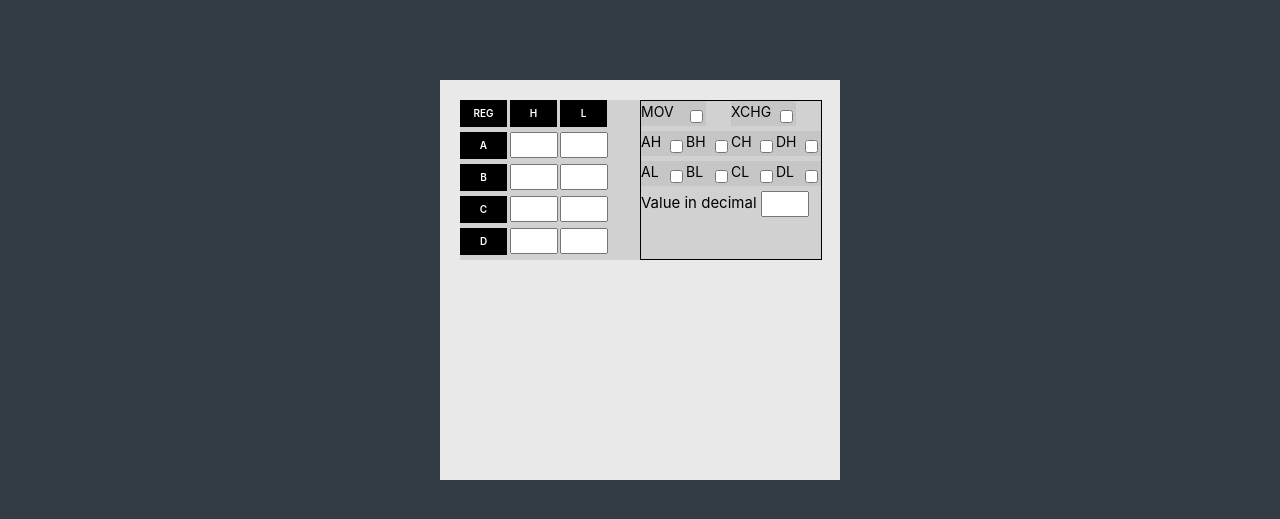
Repository: piookr-wsei/8086
Page: /
These files come from the project's save history. The page is drawn as it stood at one moment and after the next save; the edit follows.
The browser window is 1280 px wide. The pictures show the whole page.
The project was rebuilt for these pictures with package versions that can differ from the ones it lists, and the page was loaded fresh each time.

Above is the page before, as saved 2022-06-18 21:40:30.

### src/App.js
import React from 'react';
import { useState } from 'react';
import './App.css';
import { RegDesc, RegInput, RegWrapper, UiWindow, UiWrapper, SettingsWrapper, Labels, CheckWrapper, OpBox, LineWrap, NumDesc, RegChWrapper } from './Components/Components.elements';


function App() {

  const xchg="xchg";
  const mov="mov"

  const [movChecked, setMovChecked] = useState(false);

  const [xchgChecked, setXchgChecked] = useState(false);

  const [opChosen,setOpChosen] = useState(null)

  function HandleCheck(name){
    if(name=="mov"){
      setMovChecked(!movChecked)
      setXchgChecked(false)
    }
    else if(name=="xchg"){
      setXchgChecked(!xchgChecked)
      setMovChecked(false)

    }
    setOpChosen(name)
  }

function OpChange(){
  return(
    <>
    <Labels>
      <CheckWrapper>
        MOV
        <OpBox type="checkbox"  checked={movChecked} onClick={() => HandleCheck(mov)} id="MOV"/>
      </CheckWrapper>
      <CheckWrapper style={{position:"relative", left:"10px"}}>
        XCHG
        <OpBox type="checkbox" checked={xchgChecked} onChange={() => HandleCheck(xchg)} id="XCHG" name="XCHG"/>
      </CheckWrapper>
    </Labels>
    </>
    )
  }







  return (
    <div className="App">
      <UiWindow>
        <UiWrapper>
          <RegWrapper>
            <RegDesc textContent={"REG"}/>  <RegDesc textContent={"H"}/>  <RegDesc textContent={"L"}/>

            <RegDesc textContent={"A"}/>  <RegInput maxLength={2}/> <RegInput maxLength={2}/>
            <RegDesc textContent={"B"}/>  <RegInput maxLength={2}/> <RegInput maxLength={2}/>
            <RegDesc textContent={"C"} />  <RegInput maxLength={2}/> <RegInput maxLength={2}/>
            <RegDesc textContent={"D"}/>  <RegInput maxLength={2}/> <RegInput maxLength={2}/>
          </RegWrapper>

          <SettingsWrapper>

              <OpChange/>

              <RegChWrapper>
                <CheckWrapper>
                  AH<OpBox type="checkbox"/>
                </CheckWrapper>
                <CheckWrapper>
                  BH<OpBox type="checkbox"/>
                </CheckWrapper>
                <CheckWrapper>
                  CH<OpBox type="checkbox"/>
                </CheckWrapper>
                <CheckWrapper>
                  DH<OpBox type="checkbox"/>
                </CheckWrapper>
                <CheckWrapper>
                  AL<OpBox type="checkbox"/>
                </CheckWrapper>
                <CheckWrapper>
                  BL<OpBox type="checkbox"/>
                </CheckWrapper>
                <CheckWrapper>
                  CL<OpBox type="checkbox"/>
                </CheckWrapper>
                <CheckWrapper>
                  DL<OpBox type="checkbox"/>
                </CheckWrapper>
              </RegChWrapper>

              <LineWrap>
              <NumDesc textContent={"Value in decimal"}/>  <RegInput maxLength={3} style={{width:"40px"}}/>
              </LineWrap>
          </SettingsWrapper>



        </UiWrapper>
      </UiWindow>

    </div>
  );
}

export default App;

### src/App.css
body{
  height: 100%;
  background: rgba(1, 10, 22, 0.8);
}
.App {

}

.App-logo {
  height: 40vmin;
  pointer-events: none;
}

@media (prefers-reduced-motion: no-preference) {
  .App-logo {
    animation: App-logo-spin infinite 20s linear;
  }
}

.App-header {
  background-color: #282c34;
  min-height: 100vh;
  display: flex;
  flex-direction: column;
  align-items: center;
  justify-content: center;
  font-size: calc(10px + 2vmin);
  color: white;
}

.App-link {
  color: #61dafb;
}

@keyframes App-logo-spin {
  from {
    transform: rotate(0deg);
  }
  to {
    transform: rotate(360deg);
  }
}

### src/Components/Components.elements.js
import styled from "styled-components";

export const UiWindow = styled.div`
    height: 400px;
    width: 400px;
    background: rgb(233,233,233);
    position: relative;
    margin: auto;
    top: 80px;
`

export const UiWrapper = styled.div`
    border: 20px solid transparent;
    display: grid;
    grid-template-columns: 1fr 1fr;
`

export const RegWrapper = styled.div`
    width: 180px;
    background: rgba(0,0,0,0.1);
    position: relative;
    left: 0;
    display: grid;
    grid-template-columns: 50px 50px 50px;
`

export const RegInput = styled.input`
    height: 20px;
    width: 40px;
    margin-bottom:5px;
    text-align: center;
`

export const SettingsWrapper = styled.div`
    width: 180px;
    background: rgba(0,0,0,0.1);
    position: relative;
    right: 0;
    display: grid;
    grid-template-columns: 180px;
    border: solid 1px black;
    font-size: 14px;
    line-height: 22px;
    grid-template-rows: 30px 60px repeat(auto-fit, 30px);

`

export const RegDescSC = styled.div`
    height: 27px;
    width: 47px;
    background: black;
    margin-bottom:5px;
    color: white;
    font-weight: 600;
`

export const DescText = styled.p`
    font-size: 10px;
    text-align: center;
    position: relative;
    top: -3px;
`

export function RegDesc(props){
    return(
        <RegDescSC>
            <DescText>{props.textContent}</DescText>
        </RegDescSC>
    )
}

export const Labels = styled.div`
    display: grid;
    grid-template-columns: 80px 80px;
`

export const CheckWrapper = styled.div`
    background: rgba(0,0,0,0.05);
    min-width: 30px;
    max-width: 65px;
    height: 25px;
    display: flex;
    justify-content: space-between;
`

export const OpBox = styled.input`
    vertical-align: "middle";
    position: relative;
    top: 3px;
`

export const LineWrap = styled.div`
    width: 180px;
    display: flex;
    align-items: center;
`

export const NumSC = styled.div`
    width: 120px;
    text-align: left !important;
`

export function NumDesc(props){
    return(
        <NumSC>
            <DescText style={{textAlign: "left", fontSize:"15px"}}>{props.textContent}</DescText>
        </NumSC>
    )
}

export const RegChWrapper = styled.div`
width: 180px;
display: grid;
grid-template-columns: 45px 45px 45px 45px ;
`

Loaded but not shown: public/index.html (common file); src/index.js (common file); src/index.css (common file); src/reportWebVitals.js (common file)

After the next save:
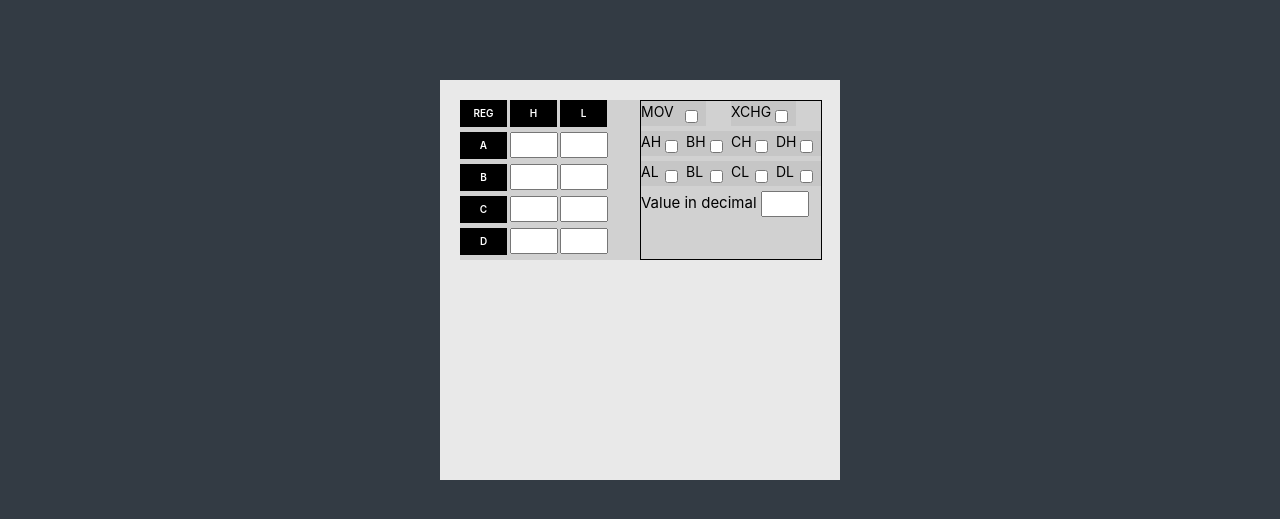
Saved 36 s later.
--- a/src/Components/Components.elements.js
+++ b/src/Components/Components.elements.js
@@ -87,6 +87,7 @@ export const OpBox = styled.input`
     vertical-align: "middle";
     position: relative;
     top: 3px;
+    left: -5px;
 `
 
 export const LineWrap = styled.div`
